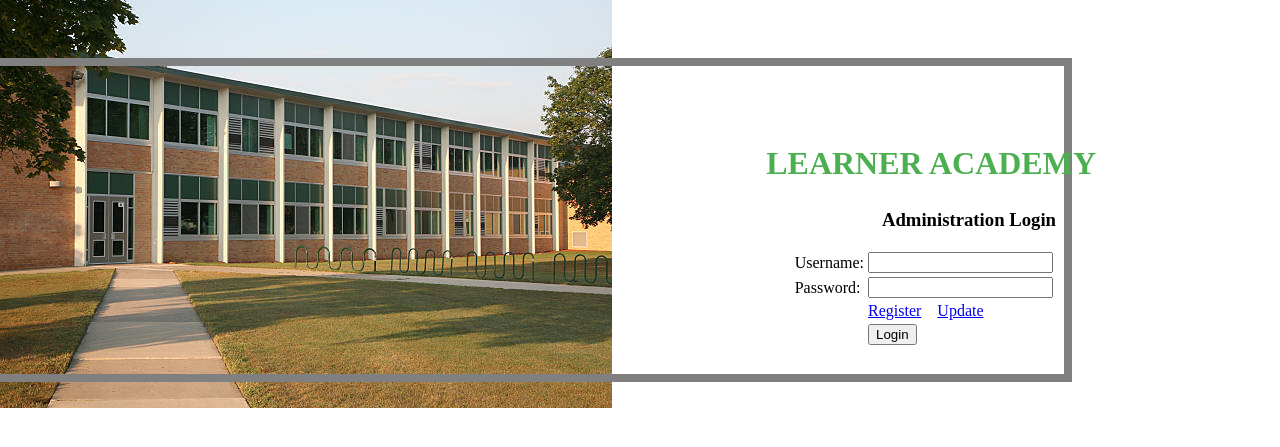
Repository: priyankagit8692/Phase_2_SimpliLearn-
Page: http://localhost/LearnerAcademyProject/AdminLogin.jsp
An editor plug-in stored every save of this project. The page is shown before and after the next save, followed by the edit.
The browser window is 1280 px wide. The pictures show the whole page.
The page is served by Tomcat 9. Other server files are loaded and not shown.

Above is the page before, as saved 2021-03-20 15:10:18.

### FinalProjectPhase2/LearnerAcademyProject/WebContent/AdminLogin.jsp
<%@ page language="java" contentType="text/html; charset=ISO-8859-1"
    pageEncoding="ISO-8859-1"%>
<!DOCTYPE html>
<html>
<head>
<meta charset="ISO-8859-1">
<title>Insert title here</title>
</head>
<style>
body {
  background-image: url("images/academy.jpg");
  background-repeat: no-repeat;
  max-width: 200%;
  height: auto;
}
div {
  border: 8px solid gray;
  padding: 8px;
  transform: translate(-200px,50px);
}
h1{
  transform: translate(40px,50px);
  color: #4CAF50;
}
</style>
<body>
  <div align='right'>
  <h1>LEARNER  ACADEMY</h1> <br><br>
  <h3>Administration Login</h3>
  <form action="adminLogin" method="post" cellpadding="5" cellspacing="5">
    <table>
        <tr>
            <td>Username:</td>
            <td><input type="text" name="uname"></td>
        </tr>
        <tr>
            <td>Password:</td>
            <td><input type="password" name="password"></td>
        </tr>
        <tr>
            <td></td>
            <td><a href="AdminRegistration.jsp">Register</a>&nbsp&nbsp&nbsp&nbsp<a href="AdminUpdate.jsp">Update</a></td>
        </tr>
        <tr>
            <td></td>
            <td>
                <button type="submit">Login</button>
            </td>
        </tr>
    </table>
    <br>
    <c:if test="${not empty msg}">
        <c:out value="${msg}"/>
    </c:if>


</form>
  </div>
</body>
</html>

After the next save:
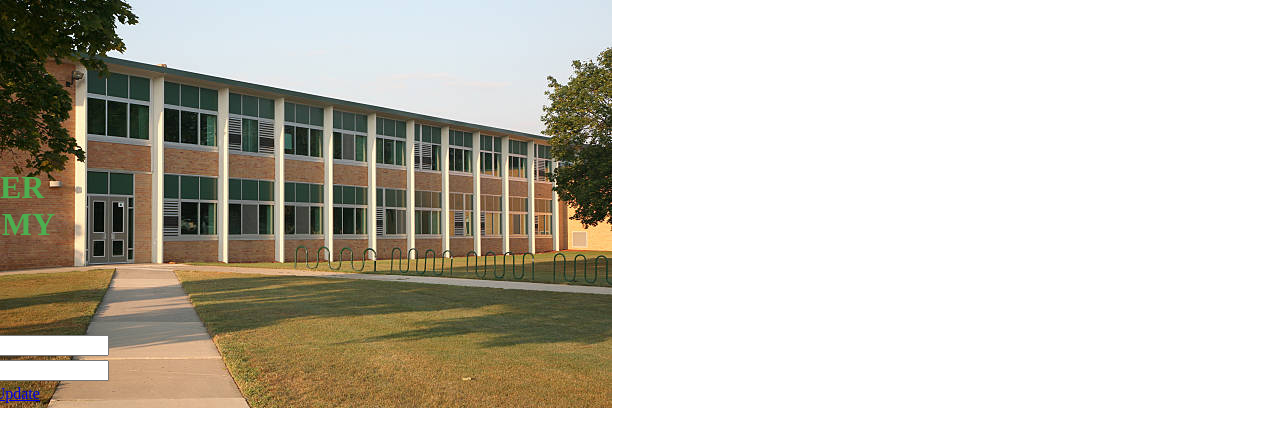
Saved 17 s later.
--- a/FinalProjectPhase2/LearnerAcademyProject/WebContent/AdminLogin.jsp
+++ b/FinalProjectPhase2/LearnerAcademyProject/WebContent/AdminLogin.jsp
@@ -16,6 +16,10 @@ body {
 div {
   border: 8px solid gray;
   padding: 8px;
+  width: 100px;
+  height: 100px;
+  padding: 30px;
+  border: 10px solid blue;
   transform: translate(-200px,50px);
 }
 h1{
